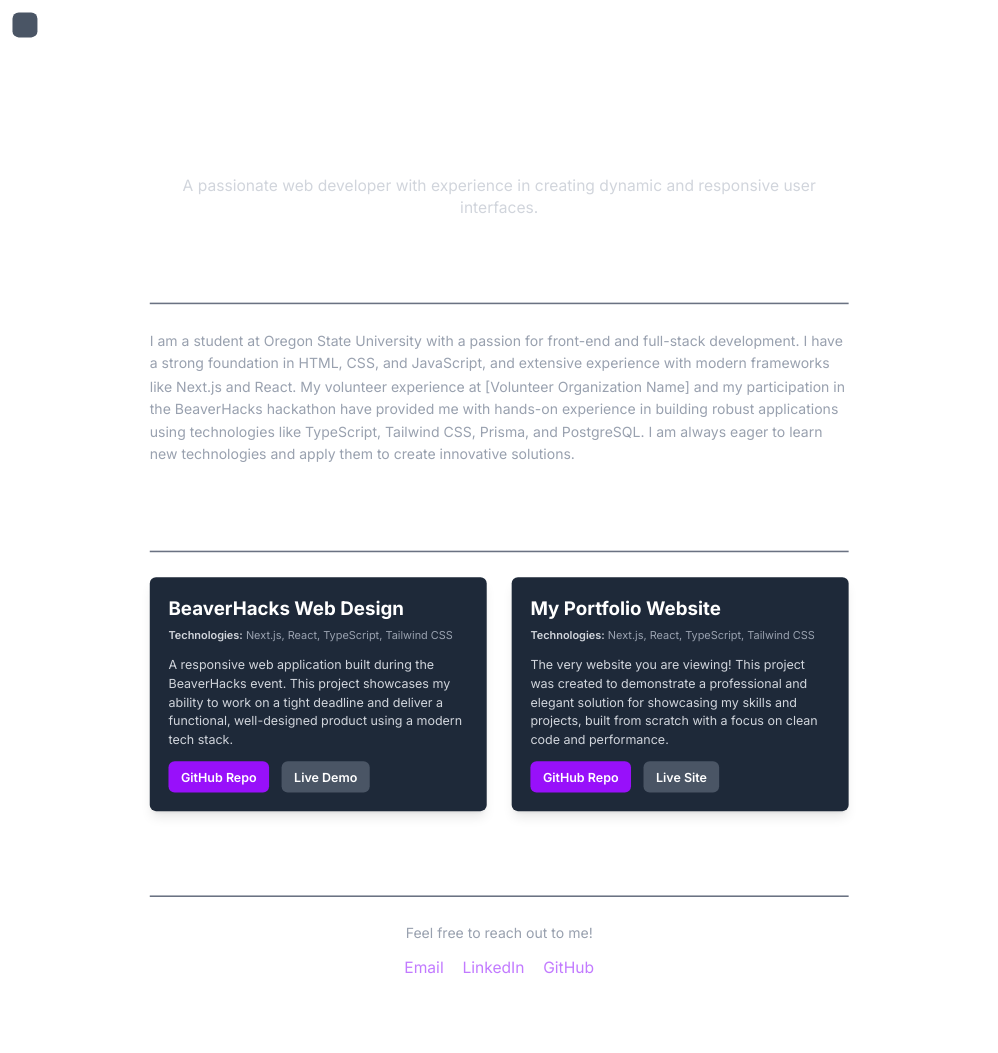
Repository: BGill8/portfolio-website
Page: / (app in my-portfolio/)
An editor plug-in stored every save of this project. The page is shown before and after the next save, followed by the edit.
The browser window is 1280 px wide. The pictures show the whole page, at 78% of full size.
The project was rebuilt for these pictures with package versions that can differ from the ones it lists, and the page was loaded fresh each time. The framework's server and built-in components were replaced by stand-ins that run in the browser. Also part of the build but not shown: my-portfolio/next.config.ts.

Above is the page before, as saved 2025-09-24 00:21:06.

### my-portfolio/src/app/layout.tsx
import type { Metadata } from 'next';
import { Inter } from 'next/font/google';
import './globals.css';
import Layout from '@/components/Layout';
import Navbar from '@/components/Navbar';

const inter = Inter({ subsets: ['latin'] });

export const metadata: Metadata = {
  title: 'My Professional Portfolio',
  description: 'A portfolio of my web development projects and skills.',
};

export default function RootLayout({
  children,
}: {
  children: React.ReactNode;
}) {
  return (
    <html lang="en">
      <body className={inter.className}>
        <Navbar />
        <Layout>{children}</Layout>
      </body>
    </html>
  );
}

### my-portfolio/src/app/page.tsx
export default function Home() {
  return (
    <div className="max-w-4xl mx-auto">
      <section className="text-center my-16">
        <h1 className="text-5xl font-bold text-white mb-4">Hello, I'm Brandon Gill</h1>
        <p className="text-xl text-gray-300">A passionate web developer with experience in creating dynamic and responsive user interfaces.</p>
      </section>

      <section className="my-16">
        <h2 className="text-3xl font-semibold text-white border-b-2 border-gray-500 pb-2 mb-8">About Me</h2>
        <p className="text-lg text-gray-400 leading-relaxed">
          I am a student at Oregon State University with a passion for front-end and full-stack development. I have a strong foundation in HTML, CSS, and JavaScript, and extensive experience with modern frameworks like Next.js and React. My volunteer experience at [Volunteer Organization Name] and my participation in the BeaverHacks hackathon have provided me with hands-on experience in building robust applications using technologies like TypeScript, Tailwind CSS, Prisma, and PostgreSQL. I am always eager to learn new technologies and apply them to create innovative solutions.
        </p>
      </section>

      <section className="my-16">
        <h2 className="text-3xl font-semibold text-white border-b-2 border-gray-500 pb-2 mb-8">My Projects</h2>
        <div className="grid grid-cols-1 md:grid-cols-2 gap-8">
          {/* Project 1 */}
          <div className="bg-gray-800 rounded-lg p-6 shadow-lg transform transition duration-300 hover:scale-105">
            <h3 className="text-2xl font-bold text-white mb-2">BeaverHacks Web Design</h3>
            <p className="text-gray-400 text-sm mb-4">
              <span className="font-semibold text-gray-300">Technologies:</span> Next.js, React, TypeScript, Tailwind CSS
            </p>
            <p className="text-gray-300 mb-4">
              A responsive web application built during the BeaverHacks event. This project showcases my ability to work on a tight deadline and deliver a functional, well-designed product using a modern tech stack.
            </p>
            <div className="flex space-x-4">
              <a href="https://github.com/yourusername/beaverhacks-project" target="_blank" rel="noopener noreferrer" className="bg-purple-600 hover:bg-purple-700 text-white font-semibold py-2 px-4 rounded-lg transition-colors">GitHub Repo</a>
              <a href="https://beaverhacks.vercel.app" target="_blank" rel="noopener noreferrer" className="bg-gray-600 hover:bg-gray-700 text-white font-semibold py-2 px-4 rounded-lg transition-colors">Live Demo</a>
            </div>
          </div>

          {/* Project 2 - Add more projects here */}
          <div className="bg-gray-800 rounded-lg p-6 shadow-lg transform transition duration-300 hover:scale-105">
            <h3 className="text-2xl font-bold text-white mb-2">My Portfolio Website</h3>
            <p className="text-gray-400 text-sm mb-4">
              <span className="font-semibold text-gray-300">Technologies:</span> Next.js, React, TypeScript, Tailwind CSS
            </p>
            <p className="text-gray-300 mb-4">
              The very website you are viewing! This project was created to demonstrate a professional and elegant solution for showcasing my skills and projects, built from scratch with a focus on clean code and performance.
            </p>
            <div className="flex space-x-4">
              <a href="https://github.com/yourusername/my-portfolio" target="_blank" rel="noopener noreferrer" className="bg-purple-600 hover:bg-purple-700 text-white font-semibold py-2 px-4 rounded-lg transition-colors">GitHub Repo</a>
              <a href="https://my-portfolio.vercel.app" target="_blank" rel="noopener noreferrer" className="bg-gray-600 hover:bg-gray-700 text-white font-semibold py-2 px-4 rounded-lg transition-colors">Live Site</a>
            </div>
          </div>
        </div>
      </section>

      <section className="text-center my-16">
        <h2 className="text-3xl font-semibold text-white border-b-2 border-gray-500 pb-2 mb-8">Contact</h2>
        <p className="text-lg text-gray-400 mb-4">
          Feel free to reach out to me!
        </p>
        <div className="flex justify-center space-x-6">
          <a href="mailto:youremail@example.com" className="text-xl text-purple-400 hover:text-purple-600 transition-colors">Email</a>
          <a href="https://linkedin.com/in/yourlinkedin" target="_blank" rel="noopener noreferrer" className="text-xl text-purple-400 hover:text-purple-600 transition-colors">LinkedIn</a>
          <a href="https://github.com/yourusername" target="_blank" rel="noopener noreferrer" className="text-xl text-purple-400 hover:text-purple-600 transition-colors">GitHub</a>
        </div>
      </section>
    </div>
  );
}

### my-portfolio/src/components/Layout.tsx
import React from 'react';

type LayoutProps = {
  children: React.ReactNode;
};

const Layout = ({ children }: LayoutProps) => {
  return (
    <div className="flex flex-col min-h-screen">
      <main className="flex-grow p-8">{children}</main>
    </div>
  );
};

export default Layout;

### my-portfolio/src/components/Navbar.tsx
import Link from 'next/link';

const Navbar = () => {
  return (
    <nav className="p-4 flex justify-between items-center text-white max-w-7xl mx-auto">
      <div className="flex items-center">
        <Link href="/" className="flex items-center space-x-2">
          <div className="w-8 h-8 bg-gray-600 rounded-lg" />
          <span className="text-xl font-semibold">Your Name</span>
        </Link>
      </div>
      <div className="flex space-x-6">
        <Link href="/projects" className="hover:text-gray-400 transition-colors">
          Work
        </Link>
        <Link href="/about" className="hover:text-gray-400 transition-colors">
          Info
        </Link>
        <a href="https://linkedin.com/in/yourlinkedin" target="_blank" rel="noopener noreferrer" className="hover:text-gray-400 transition-colors">
          LinkedIn
        </a>
        <a href="/path-to-your-resume.pdf" target="_blank" rel="noopener noreferrer" className="hover:text-gray-400 transition-colors">
          Resume
        </a>
      </div>
    </nav>
  );
};

export default Navbar;

Loaded but not shown: my-portfolio/src/app/globals.css (common file)

After the next save:
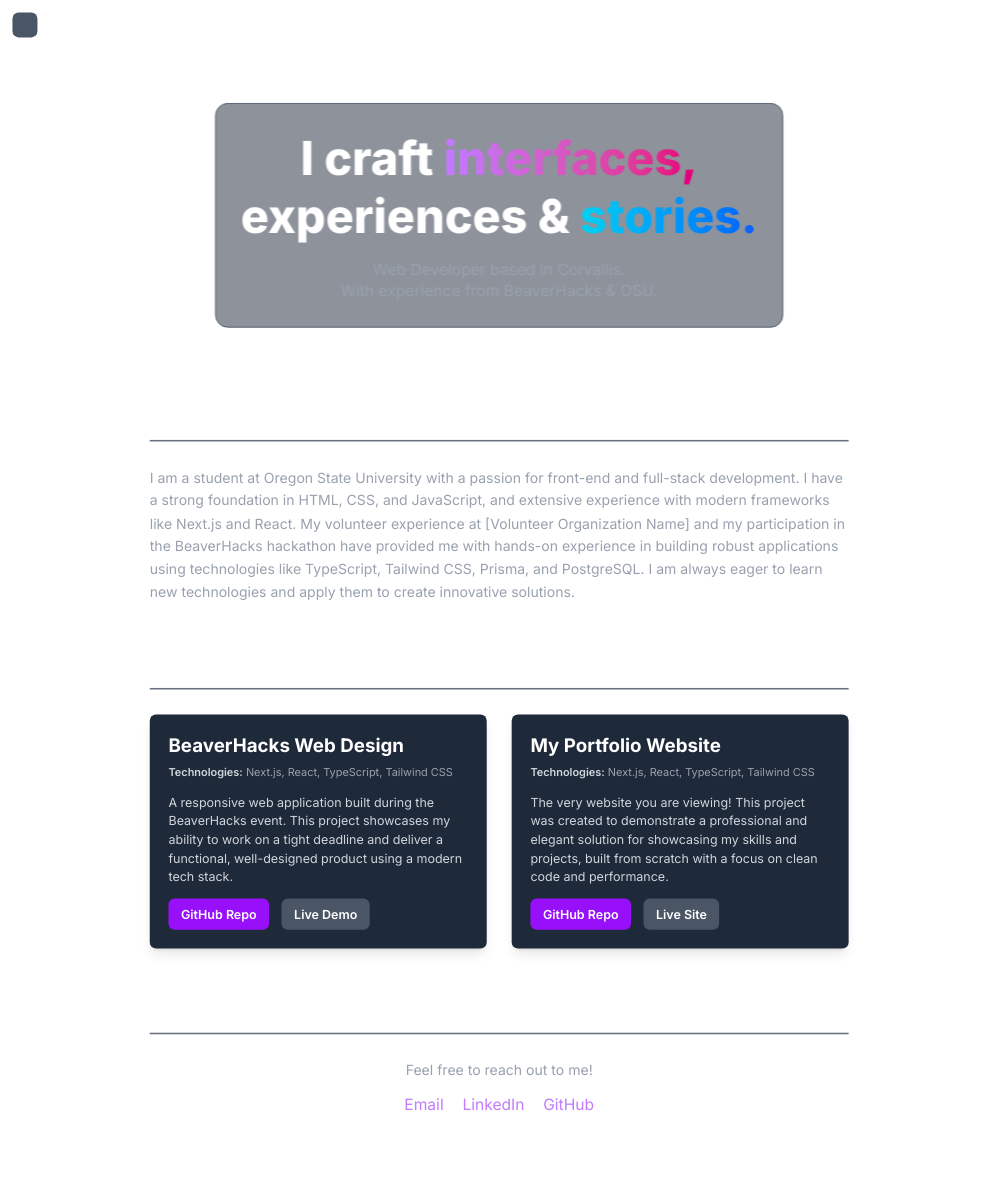
Saved 18 s later.
--- a/my-portfolio/src/app/page.tsx
+++ b/my-portfolio/src/app/page.tsx
@@ -1,9 +1,17 @@
 export default function Home() {
   return (
     <div className="max-w-4xl mx-auto">
-      <section className="text-center my-16">
-        <h1 className="text-5xl font-bold text-white mb-4">Hello, I'm Brandon Gill</h1>
-        <p className="text-xl text-gray-300">A passionate web developer with experience in creating dynamic and responsive user interfaces.</p>
+      <section className="relative flex justify-center items-center h-[50vh] overflow-hidden">
+        <div className="relative p-8 rounded-2xl border border-gray-700 bg-gray-800/50 backdrop-blur-lg">
+          <h1 className="text-4xl md:text-6xl font-extrabold text-center text-white mb-4 leading-tight">
+            I craft <span className="text-transparent bg-clip-text bg-gradient-to-r from-purple-400 to-pink-600">interfaces,</span><br />
+            experiences & <span className="text-transparent bg-clip-text bg-gradient-to-r from-cyan-400 to-blue-600">stories.</span>
+          </h1>
+          <p className="text-center text-lg md:text-xl text-gray-400">
+            Web Developer based in Corvallis. <br />
+            With experience from BeaverHacks & OSU.
+          </p>
+        </div>
       </section>
 
       <section className="my-16">
